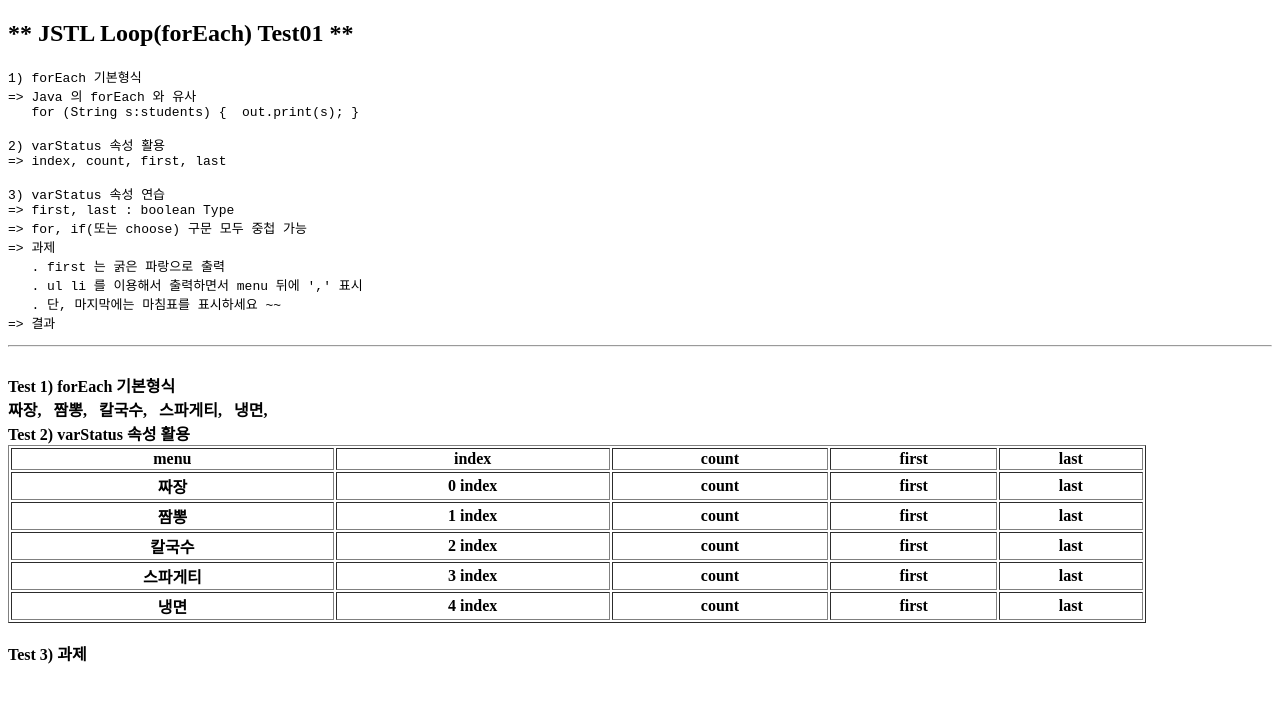
Repository: JYH94/JAVA
Page: http://localhost/web01/jsp03_jstl/ex03_for01.jsp
The author's editor kept a copy of each file at every save. The page is drawn from the files as they stood at one save, then again after the next save.
The browser window is 1280 px wide. The pictures show the whole page.
The page is served by Tomcat 9.

Above is the page before, as saved 2024-01-16 07:58:45.

After the next save:
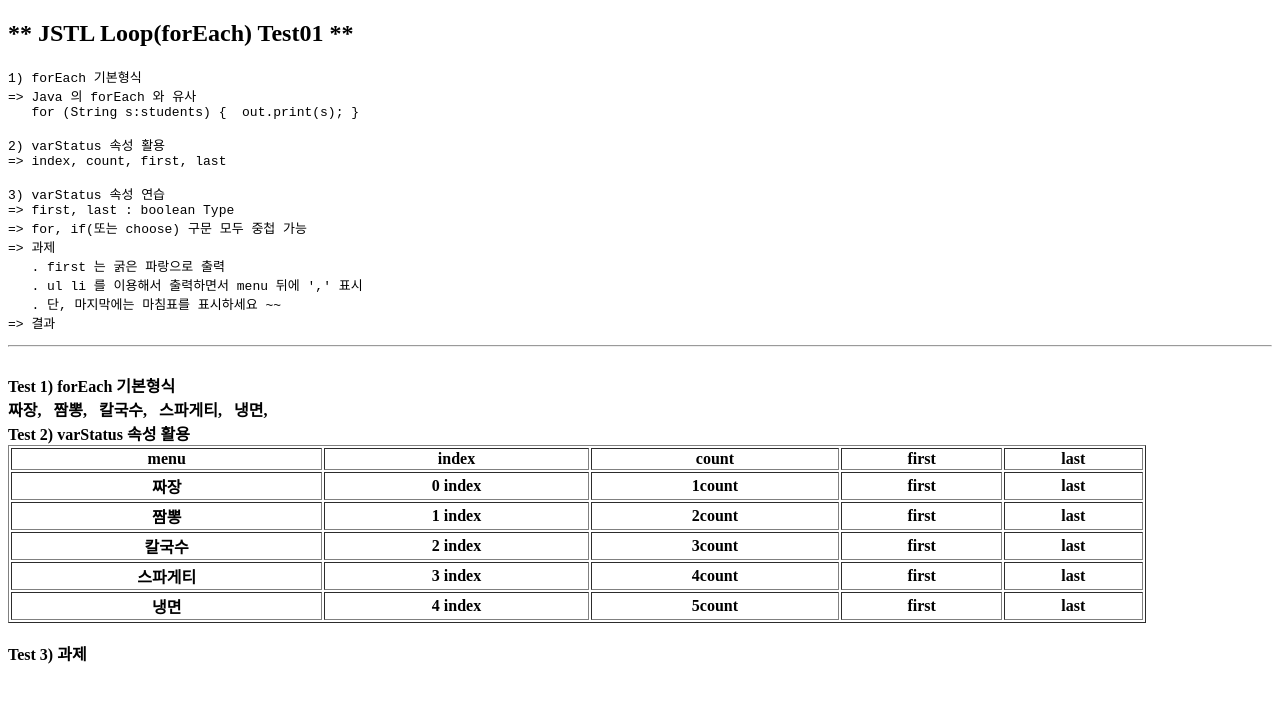
Saved 13 s later.
--- a/web01/src/main/webapp/jsp03_jstl/ex03_for01.jsp
+++ b/web01/src/main/webapp/jsp03_jstl/ex03_for01.jsp
@@ -52,8 +52,8 @@ pageContext.setAttribute("menuList", menu);
 		<c:forEach var="menu" items="${menuList}" varStatus="vs">
 		<tr>
 			<td>${menu}</td>
-			<td>${vs.index } index</td>
-			<td>count</td>
+			<td>${vs.index} index</td>
+			<td>${vs.index+1}count</td>
 			<td>first</td>
 			<td>last</td>
 		</tr>
